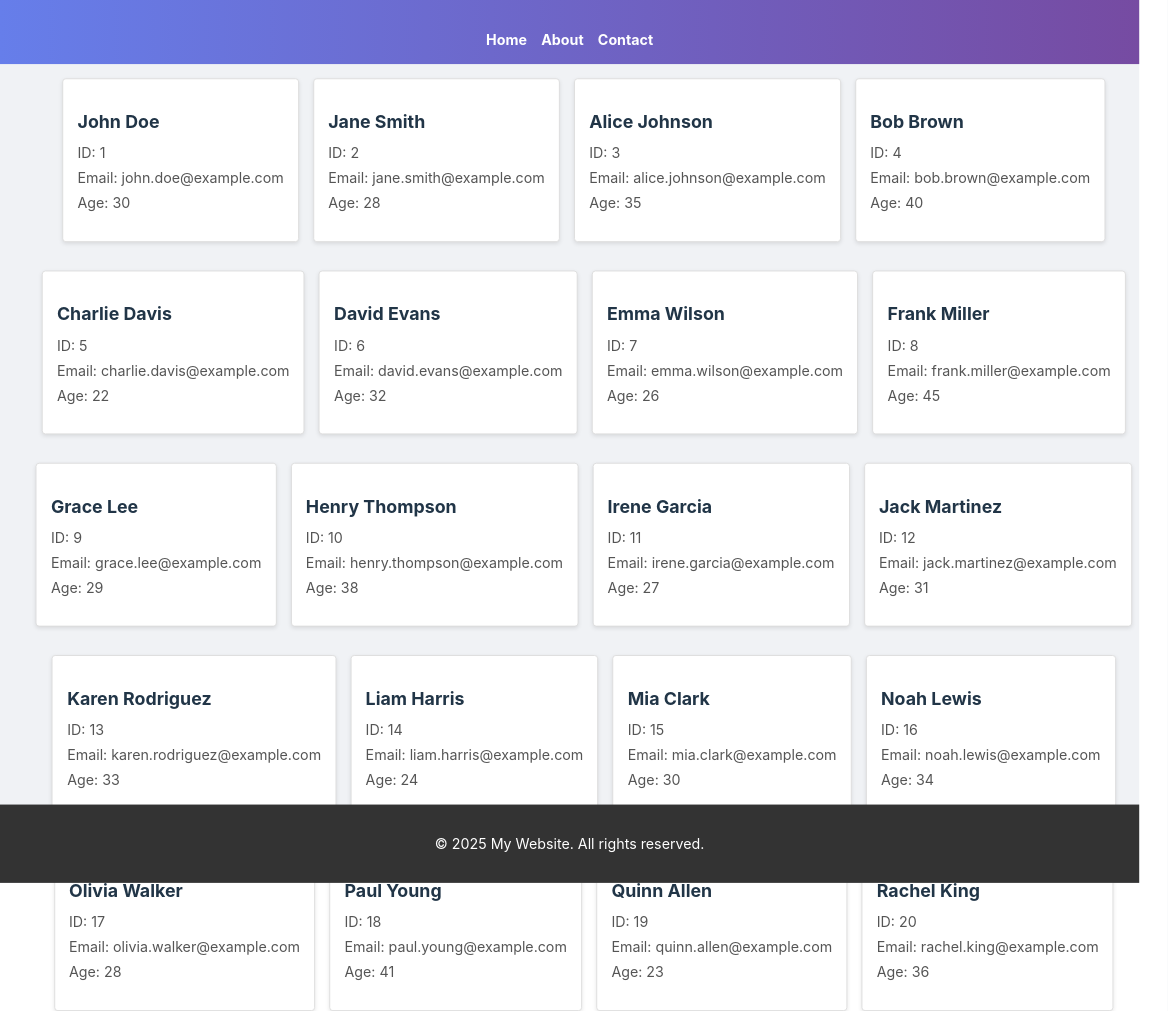
Repository: PhilLeGoff/first-react-page
Page: /
The author's editor kept a copy of each file at every save. The page is drawn from the files as they stood at one save, then again after a run of saves.
The browser window is 1280 px wide. The page is 1312 px wide, so the pictures cover 1312 px, including what lies to the right of the window. The pictures show the whole page, at 89% of full size.
An inner scrolling area shows only its first screen. The project was rebuilt for these pictures with package versions that can differ from the ones it lists, and the page was loaded fresh each time. Also part of the build but not shown: vite.config.ts.

Above is the page before, as saved 2025-02-17 15:37:02.

### src/index.css
:root {
  font-family: Inter, system-ui, Avenir, Helvetica, Arial, sans-serif;
  line-height: 1.5;
  font-weight: 400;

  color-scheme: light dark;
  color: rgba(255, 255, 255, 0.87);
  background-color: #242424;

  font-synthesis: none;
  text-rendering: optimizeLegibility;
  -webkit-font-smoothing: antialiased;
  -moz-osx-font-smoothing: grayscale;
}

a {
  font-weight: 500;
  color: #646cff;
  text-decoration: inherit;
}
a:hover {
  color: #535bf2;
}

body {
  margin: 0;
  font-family: 'Inter', sans-serif;
  background-color: #f0f2f5;
}

h1 {
  font-size: 3.2em;
  line-height: 1.1;
}

button {
  border-radius: 8px;
  border: 1px solid transparent;
  padding: 0.6em 1.2em;
  font-size: 1em;
  font-weight: 500;
  font-family: inherit;
  background-color: #1a1a1a;
  cursor: pointer;
  transition: border-color 0.25s;
}
button:hover {
  border-color: #646cff;
}
button:focus,
button:focus-visible {
  outline: 4px auto -webkit-focus-ring-color;
}

@media (prefers-color-scheme: light) {
  :root {
    color: #213547;
    background-color: #ffffff;
  }
  a:hover {
    color: #747bff;
  }
  button {
    background-color: #f9f9f9;
  }
}

### src/App.tsx
// src/App.tsx
import { useState } from 'react'
import Header from './components/Header'
import Footer from './components/Footer'
import './App.css'
import './index.css'
import Hero from './components/Hero'

function App() {
  const [count, setCount] = useState(0)

  return (
    <div className="app-container">
      <Header />

      <Hero />

      <Footer />
    </div>
  )
}

export default App

### src/components/Header.tsx
import './Header.css'

const Header = () => {
  return (
    <header className="header">
      <nav className="nav">
        <a href="#home" className="nav-link">Home</a>
        <a href="#about" className="nav-link">About</a>
        <a href="#contact" className="nav-link">Contact</a>
      </nav>
    </header>
  )
}

export default Header

### src/components/Footer.tsx
import './Footer.css'

const Footer = () => {
  return (
    <footer className="footer">
      <p>&copy; {new Date().getFullYear()} My Website. All rights reserved.</p>
    </footer>
  )
}

export default Footer

### src/App.css
/* App.css */
.app-container {
  display: flex;
  flex-direction: column;
  min-height: 100vh;
}

.main-content {
  flex: 1;
  padding: 2rem;
  text-align: center;
}

.tagline {
  margin-top: 0.5rem;
  font-size: 1.2rem;
  color: #555;
}

.card {
  background-color: #ffffff;
  padding: 1.5rem;
  margin: 2rem auto;
  border-radius: 0.5rem;
  max-width: 400px;
  box-shadow: 0 2px 5px rgba(0, 0, 0, 0.1);
}

### src/components/Hero.tsx
import { useRef, useEffect } from 'react';
import "./Hero.css";
import users from '../data/users.json';
import UserCard from './UserCard';

type Props = {};

export default function Hero({}: Props) {
  const containerRef = useRef<HTMLDivElement>(null);

  // Scroll to bottom on mount (or when users change)
  useEffect(() => {
    if (containerRef.current) {
      containerRef.current.scrollTop = containerRef.current.scrollHeight;
    }
  }, []);

  return (
    <div className="hero_container" ref={containerRef}>
      {users.map((user) => (
        <UserCard key={user.id} {...user} />
      ))}
    </div>
  );
}

### src/components/Header.css
.header {
  background: linear-gradient(90deg, #667eea, #764ba2);
  padding: 1rem 2rem;
  text-align: center;
}

.nav {
  margin-top: 1rem;
}

.nav-link {
  margin: 0 0.5rem;
  color: #fff;
  text-decoration: none;
  font-weight: bold;
}

.nav-link:hover {
  text-decoration: underline;
}

### src/components/Footer.css
.footer {
  background-color: #333;
  color: #fff;
  padding: 1rem 2rem;
  text-align: center;
}

### src/components/Hero.css
/* Hero.css */
.hero_container {
  height: 800px;
  width: 100%;
  display: flex;
  flex-wrap: wrap;
  gap: 1rem;
  justify-content: center;
  padding: 1rem;
}

### src/data/users.json
[
  {
    "id": 1,
    "firstname": "John",
    "lastname": "Doe",
    "email": "john.doe@example.com",
    "age": 30
  },
  {
    "id": 2,
    "firstname": "Jane",
    "lastname": "Smith",
    "email": "jane.smith@example.com",
    "age": 28
  },
  {
    "id": 3,
    "firstname": "Alice",
    "lastname": "Johnson",
    "email": "alice.johnson@example.com",
    "age": 35
  },
  {
    "id": 4,
    "firstname": "Bob",
    "lastname": "Brown",
    "email": "bob.brown@example.com",
    "age": 40
  },
  {
    "id": 5,
    "firstname": "Charlie",
    "lastname": "Davis",
    "email": "charlie.davis@example.com",
    "age": 22
  },
  {
    "id": 6,
    "firstname": "David",
    "lastname": "Evans",
    "email": "david.evans@example.com",
    "age": 32
  },
  {
    "id": 7,
    "firstname": "Emma",
    "lastname": "Wilson",
    "email": "emma.wilson@example.com",
    "age": 26
  },
  {
    "id": 8,
    "firstname": "Frank",
    "lastname": "Miller",
    "email": "frank.miller@example.com",
    "age": 45
  },
  {
    "id": 9,
    "firstname": "Grace",
    "lastname": "Lee",
    "email": "grace.lee@example.com",
    "age": 29
  },
  {
    "id": 10,
    "firstname": "Henry",
    "lastname": "Thompson",
    "email": "henry.thompson@example.com",
    "age": 38
  },
  {
    "id": 11,
    "firstname": "Irene",
    "lastname": "Garcia",
    "email": "irene.garcia@example.com",
    "age": 27
  },
  {
    "id": 12,
    "firstname": "Jack",
    "lastname": "Martinez",
    "email": "jack.martinez@example.com",
    "age": 31
  },
  {
    "id": 13,
    "firstname": "Karen",
    "lastname": "Rodriguez",
    "email": "karen.rodriguez@example.com",
    "age": 33
  },
  {
    "id": 14,
    "firstname": "Liam",
    "lastname": "Harris",
    "email": "liam.harris@example.com",
    "age": 24
  },
  {
    "id": 15,
    "firstname": "Mia",
    "lastname": "Clark",
    "email": "mia.clark@example.com",
    "age": 30
  },
  {
    "id": 16,
    "firstname": "Noah",
    "lastname": "Lewis",
    "email": "noah.lewis@example.com",
    "age": 34
  },
  {
    "id": 17,
    "firstname": "Olivia",
    "lastname": "Walker",
    "email": "olivia.walker@example.com",
    "age": 28
  },
  {
    "id": 18,
    "firstname": "Paul",
    "lastname": "Young",
    "email": "paul.young@example.com",
    "age": 41
  },
  {
    "id": 19,
    "firstname": "Quinn",
    "lastname": "Allen",
    "email": "quinn.allen@example.com",
    "age": 23
  },
  {
    "id": 20,
    "firstname": "Rachel",
    "lastname": "King",
    "email": "rachel.king@example.com",
    "age": 36
  }
]

### src/components/UserCard.tsx
import "./UserCard.css";

type UserCardProps = {
  id: number;
  firstname: string;
  lastname: string;
  email: string;
  age: number;
};

export default function UserCard({ id, firstname, lastname, email, age }: UserCardProps) {
  return (
    <div className="user-card">
      <h2 className="user-card__name">
        {firstname} {lastname}
      </h2>
      <p className="user-card__detail">ID: {id}</p>
      <p className="user-card__detail">Email: {email}</p>
      <p className="user-card__detail">Age: {age}</p>
    </div>
  );
}

### src/components/UserCard.css
/* src/components/UserCard.css */

.user-card {
  padding: 1rem;
  border: 1px solid #ddd;
  border-radius: 4px;
  box-shadow: 0 2px 5px rgba(0, 0, 0, 0.1);
  background-color: #fff;
  margin-bottom: 1rem;
  transition: transform 0.2s ease;
  height: 150px
}

.user-card:hover {
  transform: scale(1.02);
}

.user-card__name {
  font-size: 1.25rem;
  font-weight: bold;
  margin-bottom: 0.5rem;
}

.user-card__detail {
  margin: 0.25rem 0;
  font-size: 1rem;
  color: #555;
}

Loaded but not shown: index.html (common file); src/main.tsx (common file)

After the next 2 saves:
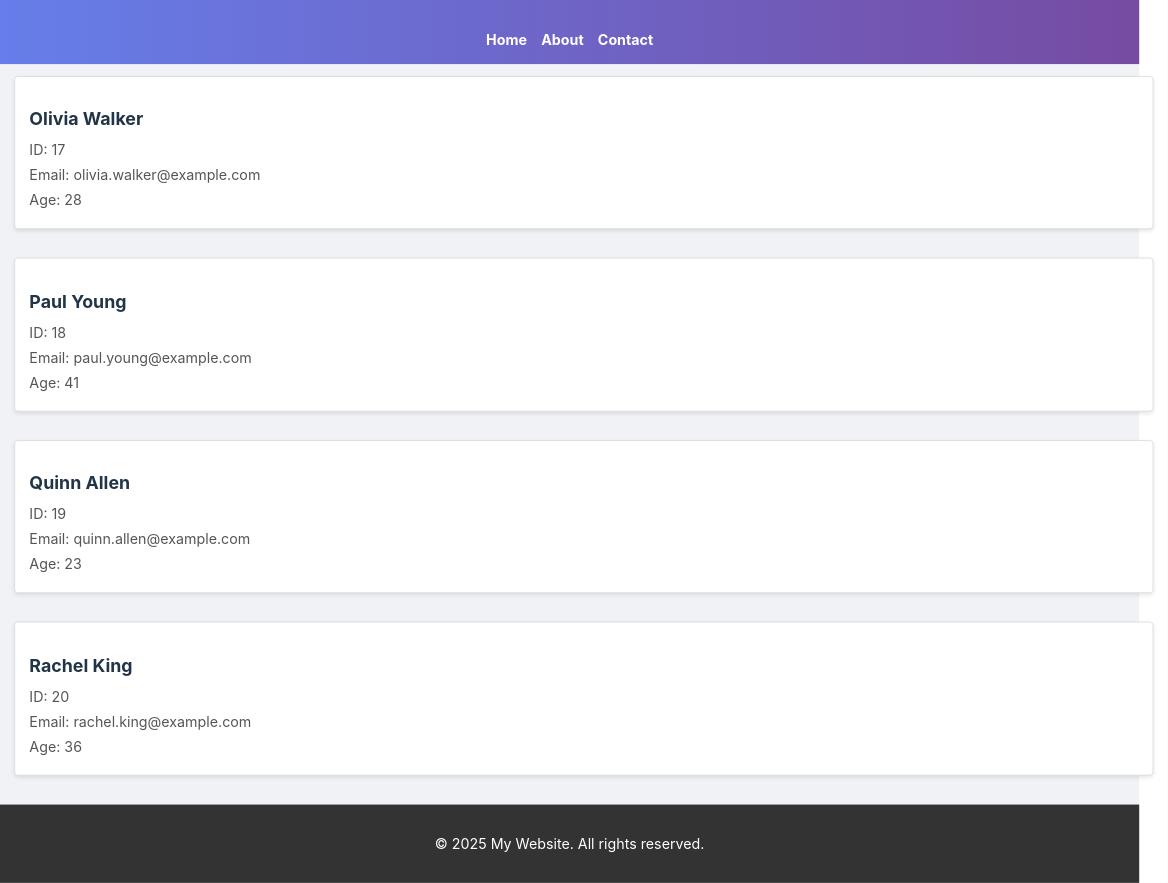
The 2 saves are shown as one change because they came seconds apart.
The last was saved 9 s later.
--- a/src/components/Hero.css
+++ b/src/components/Hero.css
@@ -2,9 +2,9 @@
 .hero_container {
   height: 800px;
   width: 100%;
+  overflow-y: auto;
+  padding: 1rem;
   display: flex;
-  flex-wrap: wrap;
+  flex-direction: column;
   gap: 1rem;
-  justify-content: center;
-  padding: 1rem;
 }
